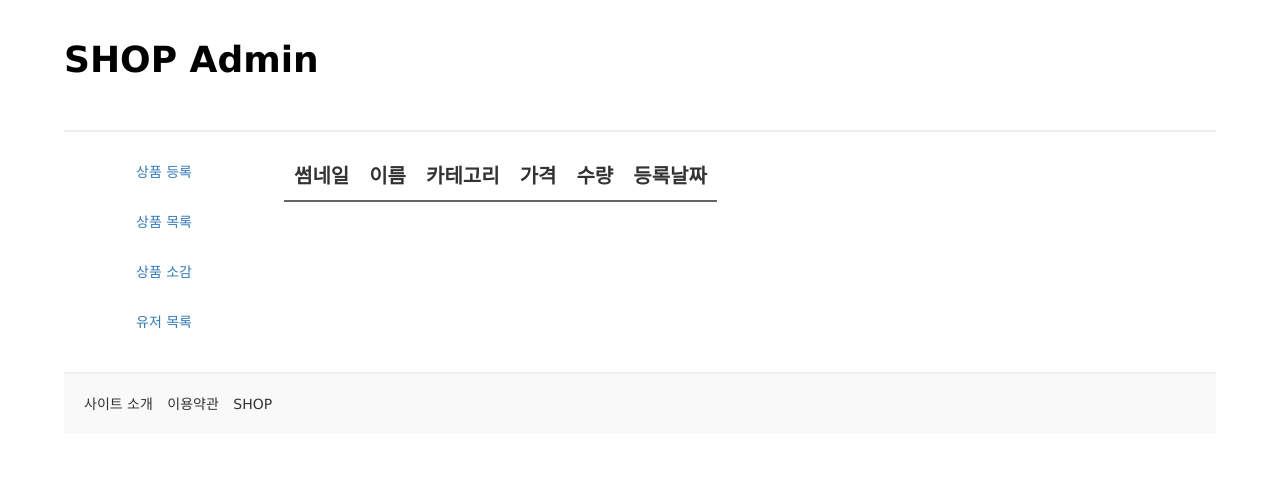
Repository: leesoonyong/shopping-mall
Page: http://localhost/shop/WEB-INF/views/admin/goods/list.jsp
These files come from the project's save history. The page is drawn as it stood at one moment and after the next save; the edit follows.
The browser window is 1280 px wide. The pictures show the whole page.
The page is served by Tomcat 9. Nobody is signed in. The template is opened directly, without the code that normally fills it, so the values that code supplies are empty.

Above is the page before, as saved 2020-09-15 05:53:32.

After the next save:
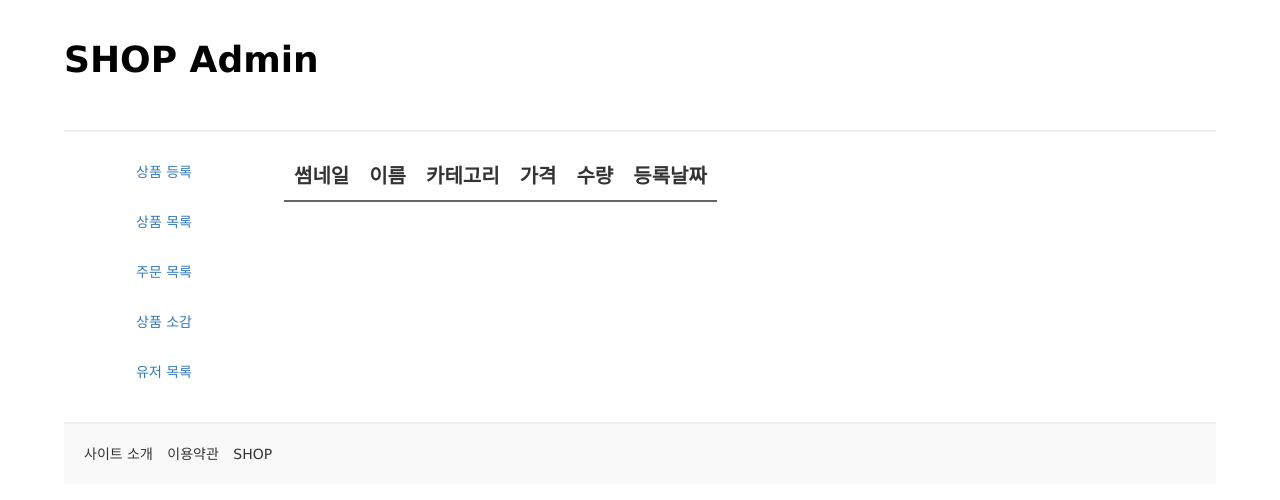
Saved 4 min 36 s later.
--- a/shop/src/main/webapp/WEB-INF/views/admin/include/aside.jsp
+++ b/shop/src/main/webapp/WEB-INF/views/admin/include/aside.jsp
@@ -3,6 +3,7 @@
 <ul>
 	<li><a href="/admin/goods/register">상품 등록</a></li>
 	<li><a href="/admin/goods/list">상품 목록</a></li>
+	<li><a href="/admin/shop/orderList">주문 목록</a>
 	<li><a href="">상품 소감</a></li>
 	<li><a href="">유저 목록</a></li>
 </ul>
